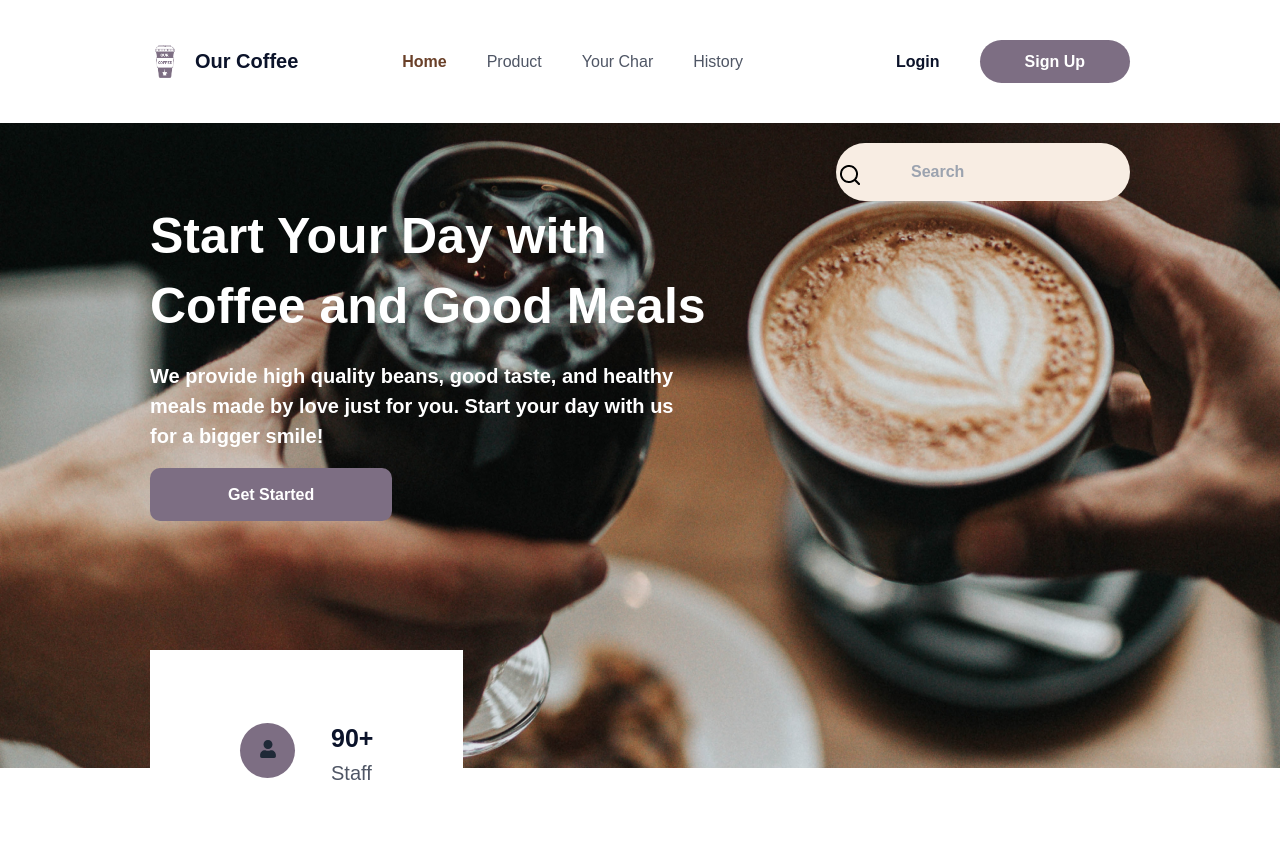
Repository: boykebn/fw12-collab2-FRONTEND
Page: / (app in our/)
An editor plug-in stored every save of this project. The page is shown before and after the next save, followed by the edit.
The browser window is 1280 px wide. The pictures show the whole page.
The project was rebuilt for these pictures with package versions that can differ from the ones it lists, and the page was loaded fresh each time. The framework's server and built-in components were replaced by stand-ins that run in the browser. Also part of the build but not shown: our/next.config.js.

Above is the page before, as saved 2022-12-30 22:04:54.

### our/pages/_app.js
import '../styles/globals.css'
import { Provider } from 'react-redux'
import {store} from '../redux/store'

export default function App({ Component, pageProps }) {
  return (
  <Provider store={store}>
    <Component {...pageProps} />
  </Provider>
  )
}

### our/pages/index.js
import React from "react";
import Image from "next/image";
import logo from "../assets/logoOurCoffee.png";
import Link from "next/link";
import search from "../assets/search.png";
import profileIcon from "../assets/profile-icon.png";
import { FaUser } from "react-icons/fa";
export default function Home() {
  return (
    <div className="font-rubik">
      <div className="px-[150px] py-[45px] flex items-center">
        <div className="flex flex-1 items-center">
          <Image src={logo} alt="logo" className="w-[30px] h-[33px] mr-[15px]" />
          <span className="text-[#0B132A] text-[20px] font-bold leading-[23px]">Our Coffee</span>
        </div>
        <div className=" text-[#4F5665] text-[16px] mr-[153px]">
          <span className="font-bold text-[#6A4029] mr-[40px]">Home</span>
          <span className="mr-[40px]">Product</span>
          <span className="mr-[40px]">Your Char</span>
          <span>History</span>
        </div>
        <div className="text-[16px] font-[600] leading-[19px]">
          <Link href="#" className="mr-[40px] text-[#0B132A]">
            Login
          </Link>
          <Link href="#" className="text-white border-1 bg-[#7d6e83] py-[13px] px-[45px] rounded-[50px]">
            Sign Up
          </Link>
        </div>
      </div>
      <div className="bg-[url('../assets/background-home.png')] h-[645px] ">
        <div className="px-[150px] flex">
          <div className="pt-[78px] mr-auto">
            <p className="text-white text-[50px] font-bold leading-[70px] w-[570px] mb-[20px]">Start Your Day with Coffee and Good Meals</p>
            <p className="text-white text-[20px] font-bold leading-[30px] w-[555px] mb-[32px]">We provide high quality beans, good taste, and healthy meals made by love just for you. Start your day with us for a bigger smile!</p>
            <Link href="#" className="text-white text-[16px] font-bold border-1 px-[78px] py-[18px] bg-[#7d6e83] rounded-[10px]">
              Get Started
            </Link>
          </div>
          <div className="pt-[20px]">
            <Image src={search} alt="search" className="absolute top-[165px] right-[420px]" />
            <input placeholder="Search" className="focus:outline-none bg-[#f8ede3] py-[17px] pl-[75px] font-[900] rounded-[30px]" />
          </div>
        </div>
      </div>
      <div className="px-[90px] py-[73px] border-1 bg-white absolute left-[150px] top-[650px]">
        <div className="flex">
          <div className="mr-[36px]">
            <FaUser className="w-[16px] h-[18px] absolute left-[110px] top-[90px]" />
            <div className="border-1 bg-[#7d6e83] w-[55px] h-[55px] rounded-[50%] \"></div>
          </div>
          <div>
            <p className="text-[#0B132A] text-[25px] font-bold leading-[30px] mb-[5px]">90+</p>
            <p className="text-[#4F5665] text-[20px] leading-[30px]">Staff</p>
          </div>
        </div>
      </div>
    </div>
  );
}

### our/styles/globals.css
@tailwind base;
@tailwind components;
@tailwind utilities;

@import url("https://fonts.googleapis.com/css2?family=Rubik&display=swap");

### our/redux/store.js
import { configureStore } from '@reduxjs/toolkit';
import thunk from 'redux-thunk'
import reducer from './reducers';
import {persistStore} from 'redux-persist'

const store = configureStore({
    reducer,
    middleware: [thunk]
})

const persistor = persistStore(store)

export {store, persistor}

### our/redux/reducers/index.js
import {combineReducers} from '@reduxjs/toolkit';
import {persistReducer} from 'redux-persist'
import storage from 'redux-persist/lib/storage'
import auth from './auth'

const authConfig = {
    key: 'auth',
    storage
}

const reducer = combineReducers({
    auth: persistReducer(authConfig, auth),
})

export default reducer

### our/redux/reducers/auth.js
import {createSlice} from '@reduxjs/toolkit'

const initialState = {
    token: null
}

const authReducer = createSlice({
    name: 'auth',
    initialState,
    reducers: {
        logout: (state, action) => {
            return initialState
        }
    },
    extraReducers: (build) => {
    }
})

export const { logout } = authReducer.actions

export default authReducer.reducer

### our/tailwind.config.js
/** @type {import('tailwindcss').Config} */
module.exports = {
  content: ["./pages/**/*.{js,ts,jsx,tsx}", "./components/**/*.{js,ts,jsx,tsx}"],
  theme: {
    extend: {
      fontFamily: {
        rubik: ["Rubik", "sans-serif"],
      },
    },
  },
  plugins: [require("daisyui")],
};

After the next save:
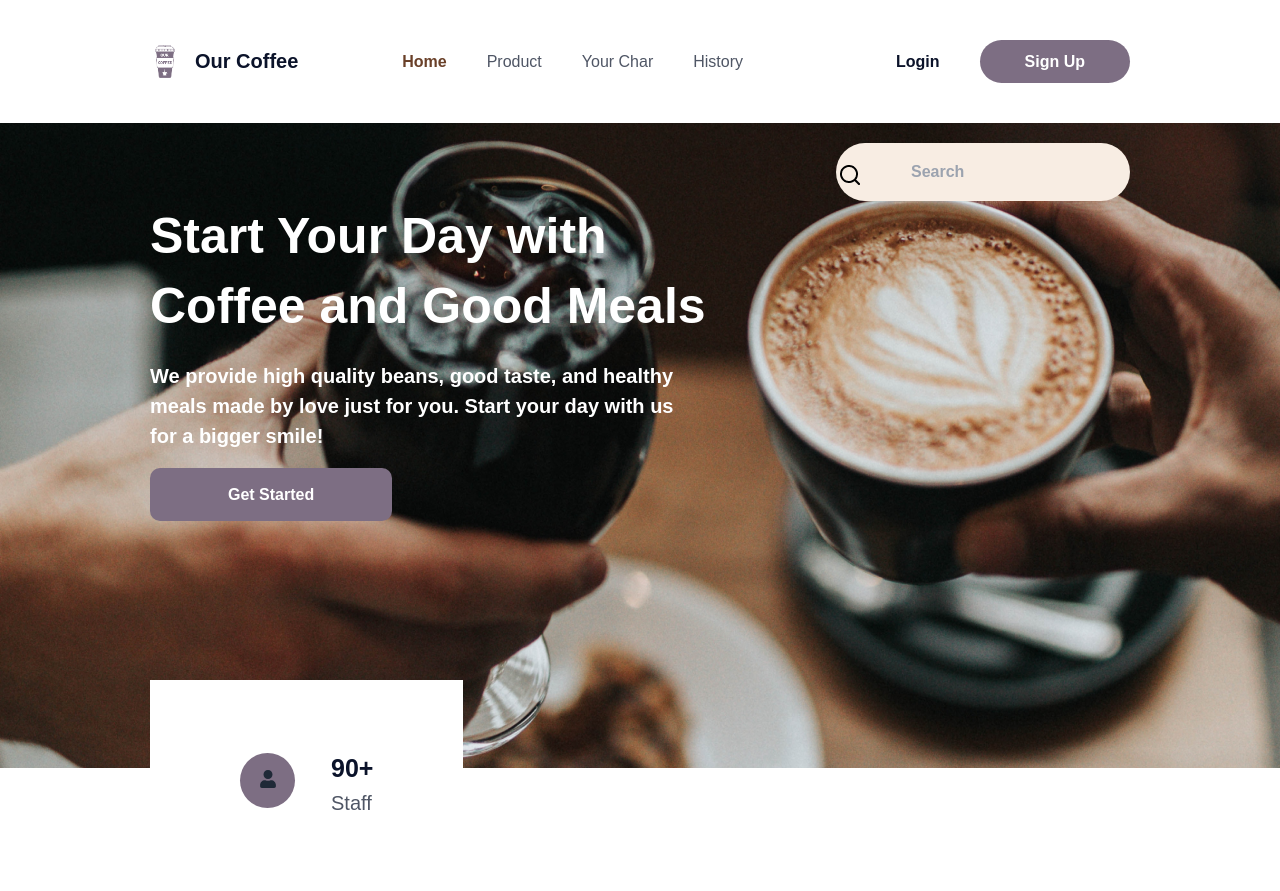
Saved 9 s later.
--- a/our/pages/index.js
+++ b/our/pages/index.js
@@ -43,7 +43,7 @@ export default function Home() {
           </div>
         </div>
       </div>
-      <div className="px-[90px] py-[73px] border-1 bg-white absolute left-[150px] top-[650px]">
+      <div className="px-[90px] py-[73px] border-1 bg-white absolute left-[150px] top-[680px]">
         <div className="flex">
           <div className="mr-[36px]">
             <FaUser className="w-[16px] h-[18px] absolute left-[110px] top-[90px]" />
